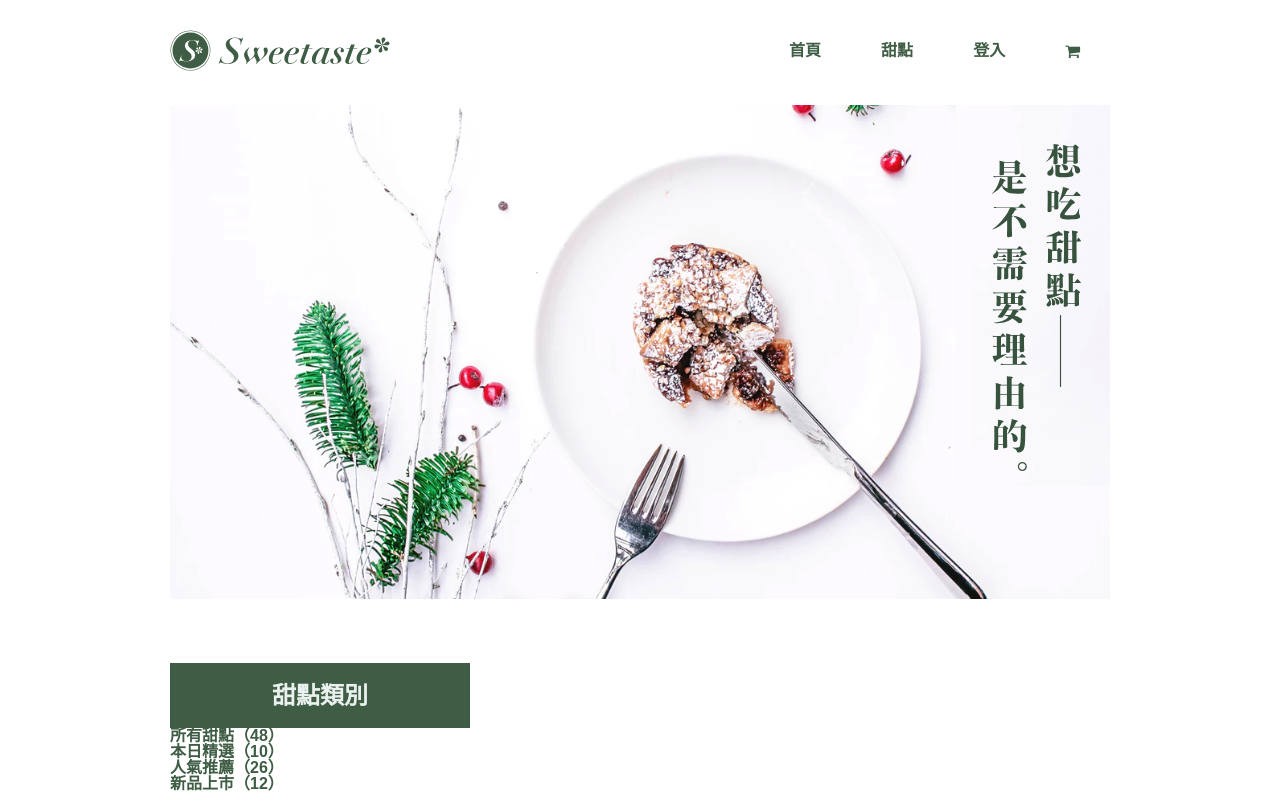
Repository: michelle61219/Sweets
Page: index.html
An editor plug-in stored every save of this project. The page is shown before and after the next save, followed by the edit.
The browser window is 1280 px wide. The pictures show the whole page.

Above is the page before, as saved 2021-06-13 00:30:19.

### index.html
<!DOCTYPE html>
<html lang="en">
	<head>
		<meta charset="UTF-8" />
		<meta http-equiv="X-UA-Compatible" content="IE=edge" />
		<meta name="viewport" content="width=device-width, initial-scale=1.0" />
		<link rel="stylesheet" href="style.css" />
		<link
			rel="stylesheet"
			href="https://cdnjs.cloudflare.com/ajax/libs/font-awesome/4.7.0/css/font-awesome.min.css"
		/>
		<title>甜點電商</title>
	</head>
	<body>
		<header></header>
		<div class="header container">
			<h1>
				<a href="#">
					<img
						width="220"
						height="40"
						src="images/logo-all-dark.svg"
						alt="logo"
					/>
				</a>
			</h1>
			<nav>
				<ul class="menu">
					<li><a href="#">首頁</a></li>
					<li><a href="#">甜點</a></li>
					<li><a href="#">登入</a></li>
					<li>
						<a href="#">
							<i class="fa fa-shopping-cart"></i>
						</a>
					</li>
				</ul>
			</nav>
		</div>
		<div class="banner container">
			<img src="images/banner.png" alt="banner" />
		</div>
		<div class="main container">
			<div class="aside">
				<h2>甜點類別</h2>
				<ul>
					<li><a href="#">所有甜點（48）</a></li>
					<li><a href="#">本日精選（10）</a></li>
					<li><a href="#">人氣推薦（26）</a></li>
					<li><a href="#">新品上市（12）</a></li>
				</ul>
			</div>
			<div class="productList"></div>
		</div>
	</body>
</html>

### style.css
/* http://meyerweb.com/eric/tools/css/reset/
   v2.0 | 20110126
   License: none (public domain)
*/

html,
body,
div,
span,
applet,
object,
iframe,
h1,
h2,
h3,
h4,
h5,
h6,
p,
blockquote,
pre,
a,
abbr,
acronym,
address,
big,
cite,
code,
del,
dfn,
em,
img,
ins,
kbd,
q,
s,
samp,
small,
strike,
strong,
sub,
sup,
tt,
var,
b,
u,
i,
center,
dl,
dt,
dd,
ol,
ul,
li,
fieldset,
form,
label,
legend,
table,
caption,
tbody,
tfoot,
thead,
tr,
th,
td,
article,
aside,
canvas,
details,
embed,
figure,
figcaption,
footer,
header,
hgroup,
menu,
nav,
output,
ruby,
section,
summary,
time,
mark,
audio,
video {
	margin: 0;
	padding: 0;
	border: 0;
	font-size: 100%;
	font: inherit;
	vertical-align: baseline;
}
/* HTML5 display-role reset for older browsers */
article,
aside,
details,
figcaption,
figure,
footer,
header,
hgroup,
menu,
nav,
section {
	display: block;
}
body {
	line-height: 1;
}
ol,
ul {
	list-style: none;
}
blockquote,
q {
	quotes: none;
}
blockquote:before,
blockquote:after,
q:before,
q:after {
	content: '';
	content: none;
}
table {
	border-collapse: collapse;
	border-spacing: 0;
}
img {
	max-width: 100%;
	height: auto;
}

/* ---CSS Starts from Here--- */

body {
	color: #3f5d45;
	font-family: Arial, Helvetica, sans-serif;
	font-weight: bold;
}

a {
	color: #3f5d45;
	text-decoration: none;
}

.container {
	width: 940px; /* based on main image */
	margin: 0 auto;
}

.header {
	display: flex;
	justify-content: space-between;
	align-items: center;
	padding-top: 30px;
	padding-bottom: 30px;
}

.menu {
	display: flex;
}

.menu a {
	padding: 10px 30px 8px 30px;
}

.menu a:hover {
	background: #3f5d45;
	color: white;
}

.banner {
	margin-bottom: 60px;
}

.main {
	display: flex;
	justify-content: space-between;
}
.aside {
	width: 300px;
}
.productList {
	width: 620px;
}

.aside h2 {
	background: #3f5d45;
	color: #eaf0ed;
	text-align: center;
	font-size: 24px;
	line-height: 65px;
}

After the next save:
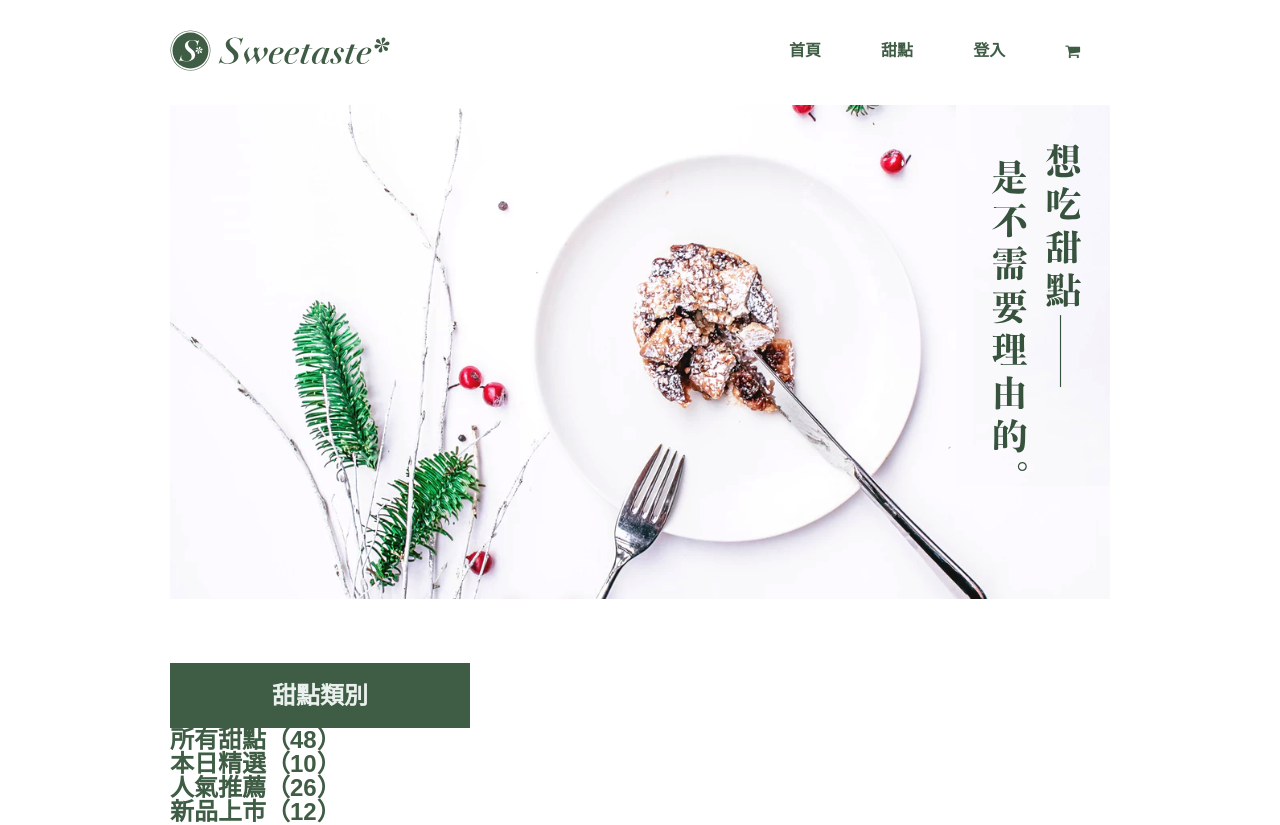
Saved 42 s later.
--- a/style.css
+++ b/style.css
@@ -193,3 +193,11 @@ a {
 	font-size: 24px;
 	line-height: 65px;
 }
+
+.aside li {
+}
+
+.aside a {
+	font-size: 24px;
+	text-align: center;
+}
